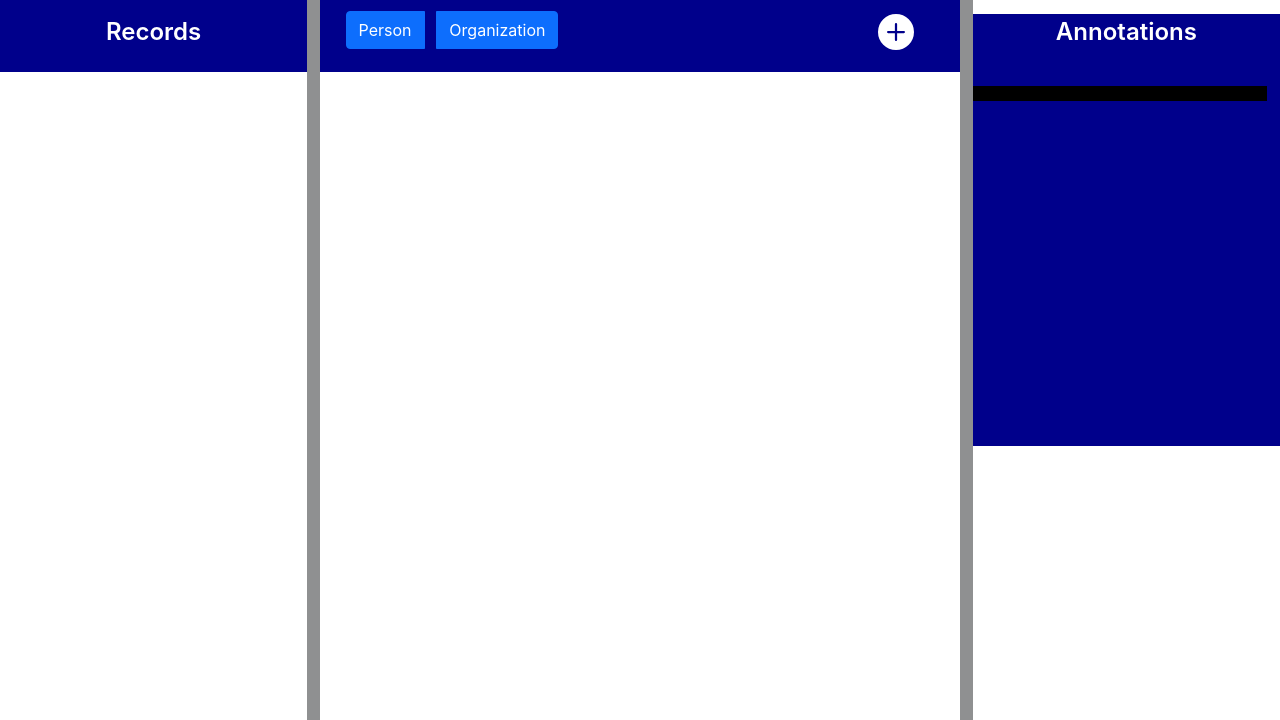
Repository: napan24/classforma_assignment
Page: / (app in client/)
The author's editor kept a copy of each file at every save. The page is drawn from the files as they stood at one save, then again after the next save.
The browser window is 1280 px wide. The pictures show the whole page.
The project was rebuilt for these pictures with package versions that can differ from the ones it lists, and the page was loaded fresh each time. Also part of the build but not shown: client/src/App.css.

Above is the page before, as saved 2022-07-20 14:49:19.

After the next save:
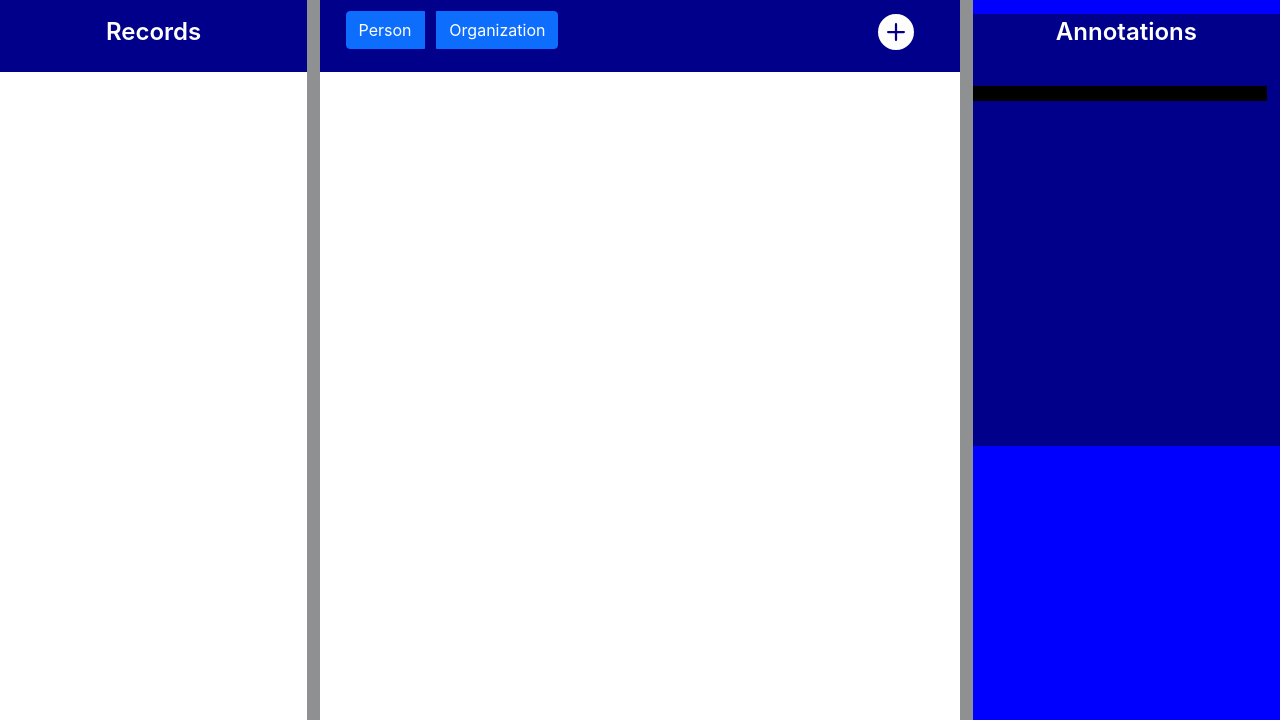
Saved 17 min 11 s later.
--- a/client/src/Home.js
+++ b/client/src/Home.js
@@ -77,7 +77,7 @@ const Home = () => {
                         {textField}
                     </div>
                 </div>
-                <div style={{ width: "24vw", height: "100vh", backgroundColor: "white" }}>
+                <div style={{ width: "24vw", height: "100vh", backgroundColor: "blue" }}>
                     <div style={{ width: "24vw", height: "10vh", backgroundColor: "#00008b", textAlign: 'center', fontSize: '150%', color: "white", fontWeight: "600"}}>
                         <p style={{ marginTop: "2vh" }}>
                             Annotations
